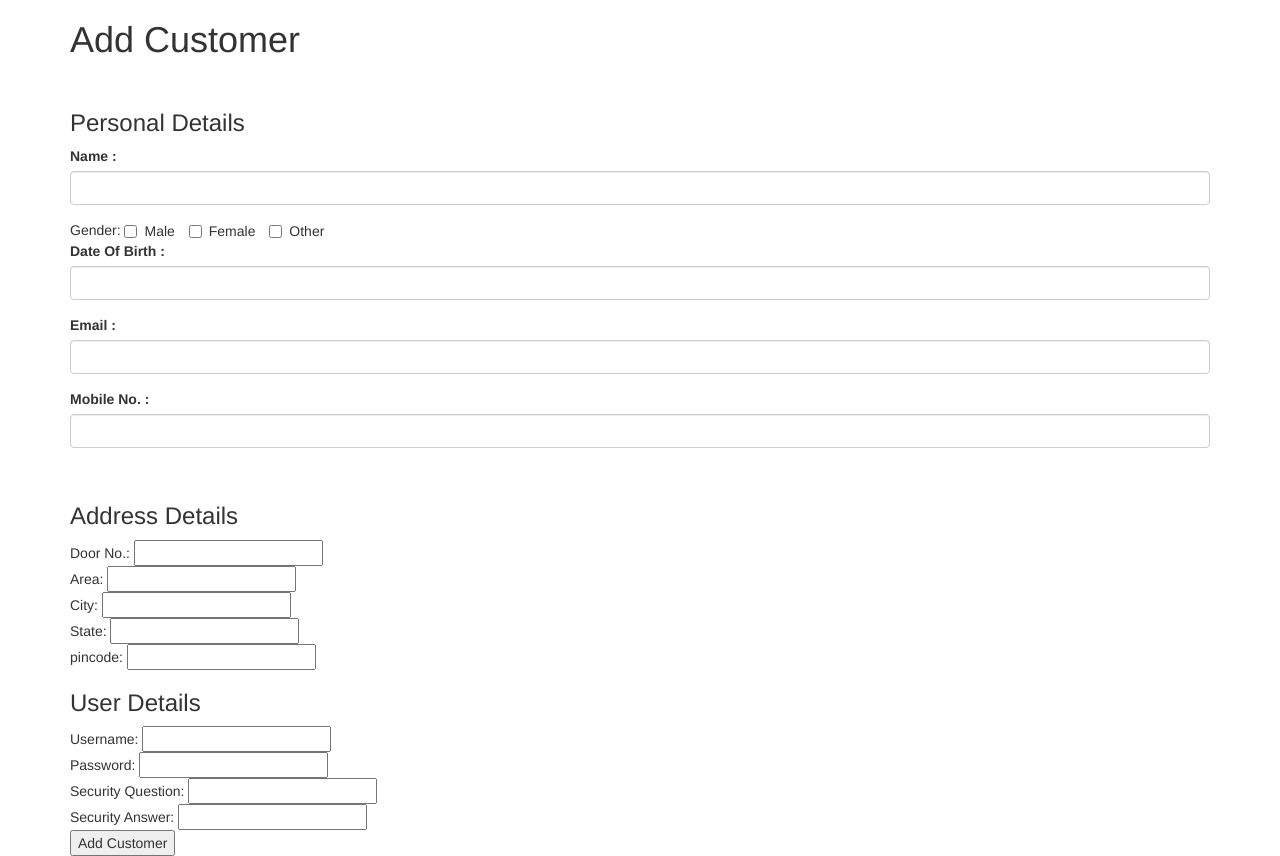
Repository: Shubham-Gawade/SpringHibernateTraining
Page: http://localhost/xorbankonline/WEB-INF/pages/addcustomer.jsp
An editor plug-in stored every save of this project. The page is shown before and after the next save, followed by the edit.
The browser window is 1280 px wide. The pictures show the whole page.
The page is served by Tomcat 9. Nobody is signed in. Other server files are loaded and not shown. The template is opened directly, without the code that normally fills it, so the values that code supplies are empty.

Above is the page before, as saved 2021-10-07 04:27:56.

### xorbankonline/src/main/webapp/WEB-INF/pages/addcustomer.jsp
<%@ page language="java" contentType="text/html; charset=ISO-8859-1"
    pageEncoding="ISO-8859-1"%>
<%@ taglib prefix="form" uri="http://www.springframework.org/tags/form" %>
<!DOCTYPE html>
<html>
<head>
<meta charset="ISO-8859-1">
<title>Insert title here</title>
<link rel="stylesheet" href="https://maxcdn.bootstrapcdn.com/bootstrap/3.3.7/css/bootstrap.min.css">
</head>
<body class="container">
	<h1>Add Customer</h1>
	<form:form action="addcustomer" method="post" modelAttribute="customerObj">
		<br/>
		<h3>Personal Details</h3>
		<div class="form-group">
		    <label for="name">Name :</label>
		    <form:input type="text" path="personName" class="form-control" name="name"/>
		</div>
		Gender:
		<label class="checkbox-inline"><input type="checkbox" value="MALE">Male</label>
		<label class="checkbox-inline"><input type="checkbox" value="FEMALE">Female</label>
		<label class="checkbox-inline"><input type="checkbox" value="OTHER">Other</label>
		<div class="form-group">
		    <label for="dateOfBirth">Date Of Birth :</label>
		    <input type="text" class="form-control" name="dateOfBirth">
		</div>
		<div class="form-group">
		    <label for="email">Email :</label>
		    <form:input type="email" class="form-control" path="email" name="email"/>
		</div>
		<div class="form-group">
		    <label for="email">Mobile No. :</label>
		    <form:input type="number" class="form-control" path="mobileNo" name="mobileNo"/>
		</div>

		<br/>
		<h3>Address Details</h3>
		Door No.: <form:input path="address.doorNo" type="text"/><br/>
		Area: <form:input path="address.area" type="text"/><br/>
		City: <form:input path="address.city" type="text"/><br/>
		State: <form:input path="address.state" type="text"/><br/>
		pincode: <form:input path="address.pincode" type="text"/><br/>

		<h3>User Details</h3>
		Username: <form:input path="user.userName" type="text"/><br/>
		Password: <form:input path="user.password" type="password"/><br/>
		Security Question: <form:input path="user.securityQuestion" type="text"/><br/>
		Security Answer: <form:input path="user.securityAnswer" type="text"/><br/>
		<input type="submit" value="Add Customer"/>
	</form:form>
</body>
</html>

After the next save:
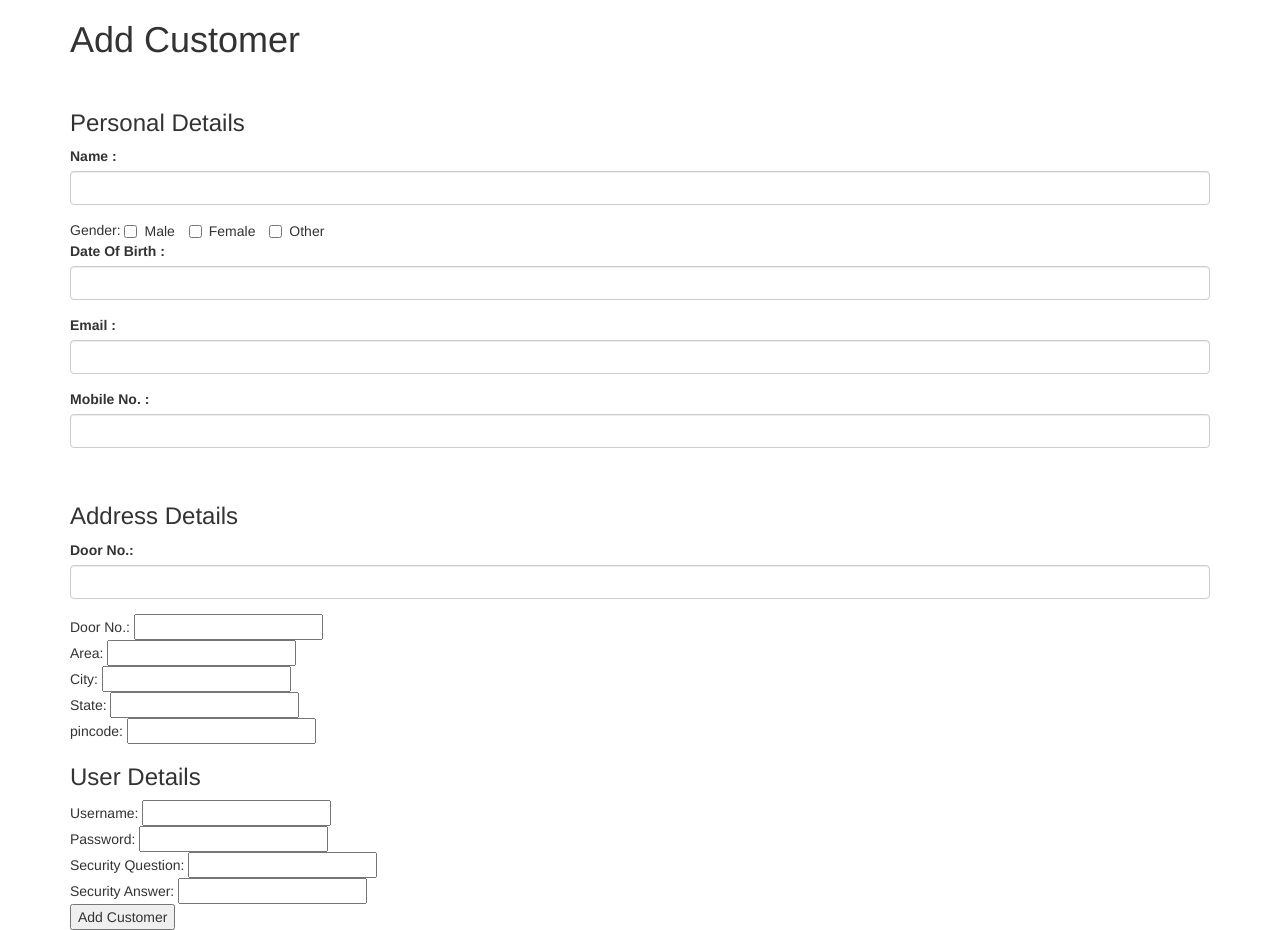
Saved 18 s later.
--- a/xorbankonline/src/main/webapp/WEB-INF/pages/addcustomer.jsp
+++ b/xorbankonline/src/main/webapp/WEB-INF/pages/addcustomer.jsp
@@ -36,6 +36,10 @@
 
 		<br/>
 		<h3>Address Details</h3>
+		<div class="form-group">
+		    <label for="email">Door No.:</label>
+		    <form:input type="number" class="form-control" path="mobileNo" name="mobileNo"/>
+		</div>
 		Door No.: <form:input path="address.doorNo" type="text"/><br/>
 		Area: <form:input path="address.area" type="text"/><br/>
 		City: <form:input path="address.city" type="text"/><br/>
